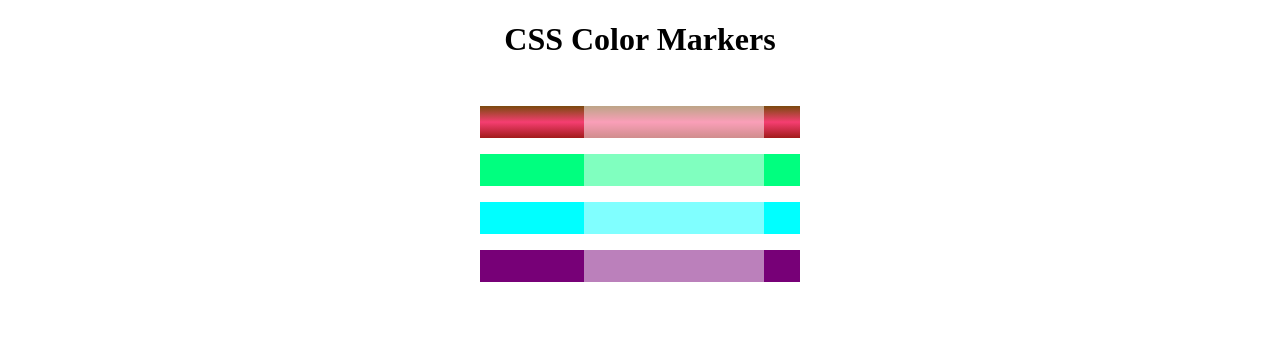
Repository: Lungdjos/color_markers
Page: index.html
The author's editor kept a copy of each file at every save. The page is drawn from the files as they stood at one save, then again after the next save.
The browser window is 1280 px wide. The pictures show the whole page.

Above is the page before, as saved 2023-09-18 18:49:51.

After the next save:
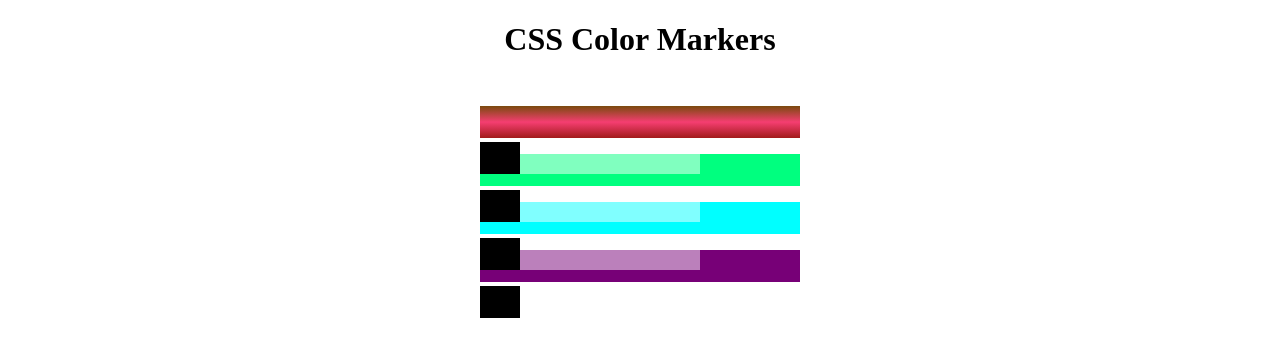
Saved 7 s later.
--- a/styles.css
+++ b/styles.css
@@ -38,7 +38,7 @@
     height: 32px;
     background-color: rgba(255, 255, 255, 0.5);
     border-left-width: 40px;
-    /* border-left-style: solid; */
+    border-left-style: solid;
 }
 
 .cap {
